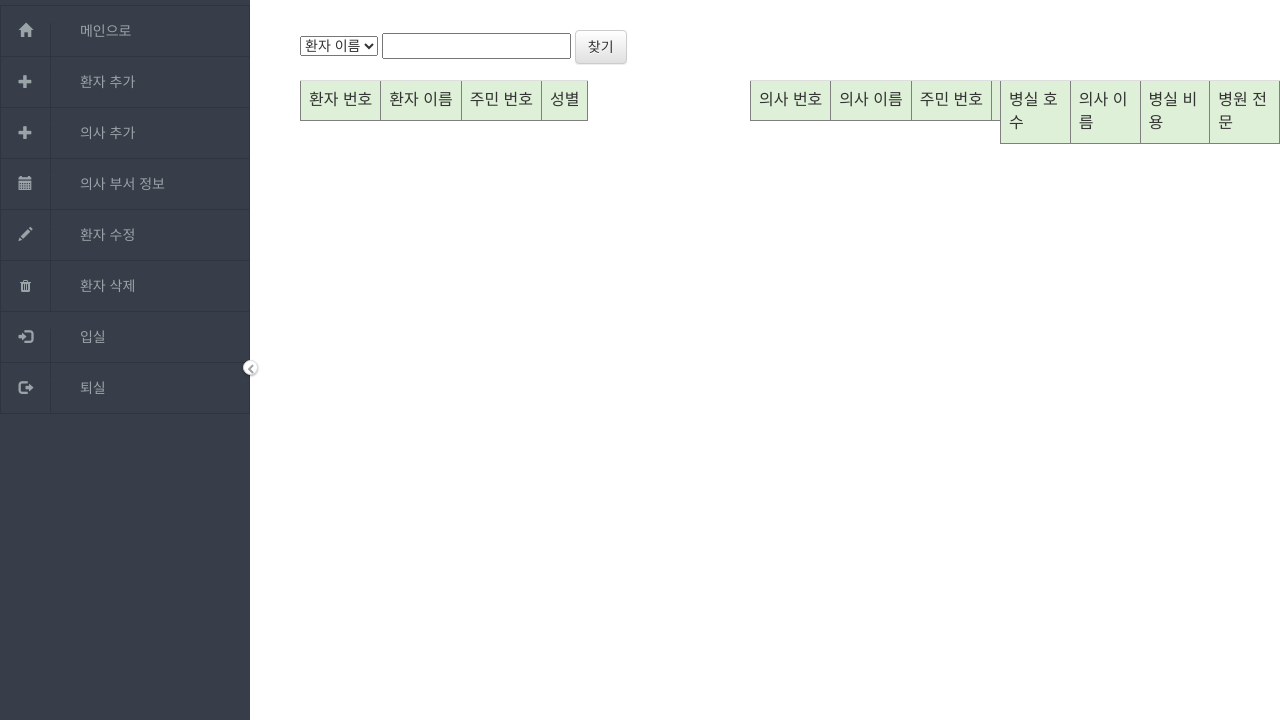
Repository: qaws1134/Hospital_manager
Page: http://localhost/project/main.jsp
An editor plug-in stored every save of this project. The page is shown before and after the next save, followed by the edit.
The browser window is 1280 px wide. The pictures show the whole page.
Some web libraries are served in a nearby version. The page is served by Tomcat 9. The template is opened directly, without the code that normally fills it, so the values that code supplies are empty.

Above is the page before, as saved 2017-12-09 17:19:51.
Console error (its wording comes from the project's code and is left out).

After the next save:
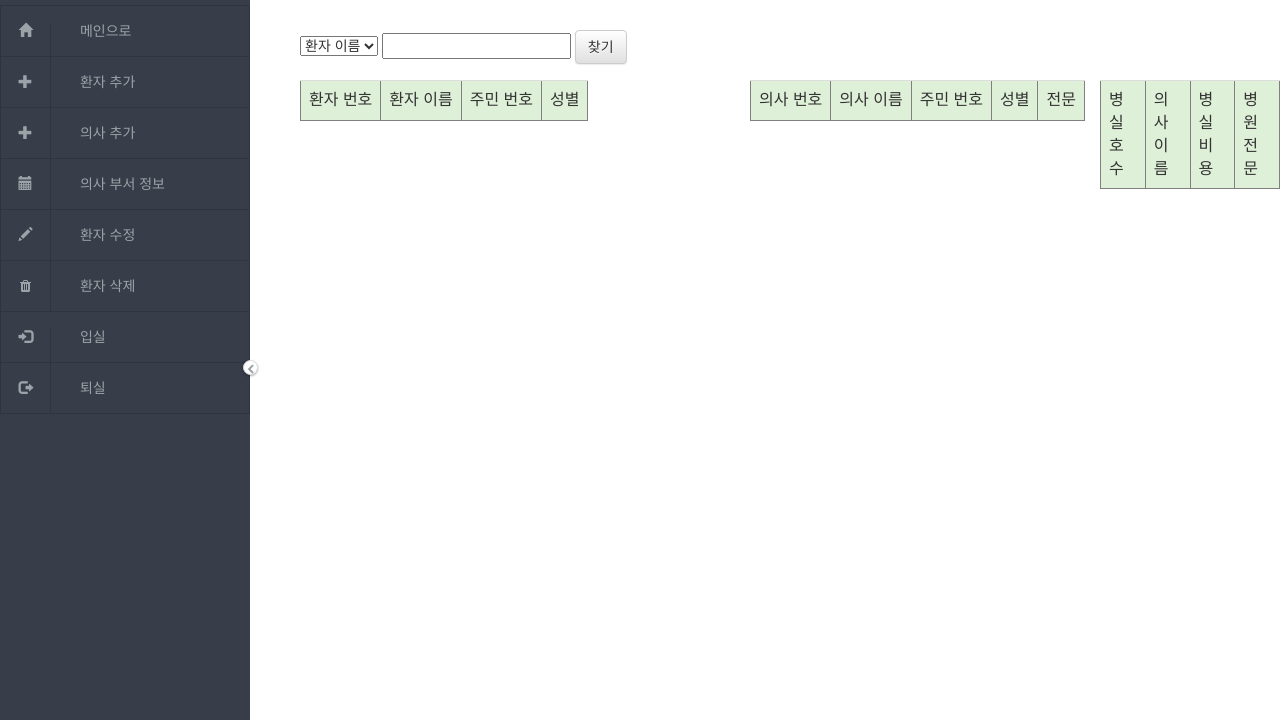
Saved 4 s later.
--- a/project/WebContent/main.jsp
+++ b/project/WebContent/main.jsp
@@ -263,7 +263,7 @@ nav ul li a span {
 </section>
 
 <!-- 병실 정보 -->
-<section style="position:absolute; top:80px;left:1000px">
+<section style="position:absolute; top:80px;left:1100px">
       <table border="1" class="table table-striped">
       	<tr  class="success">
       		<td>병실 호수</td>
